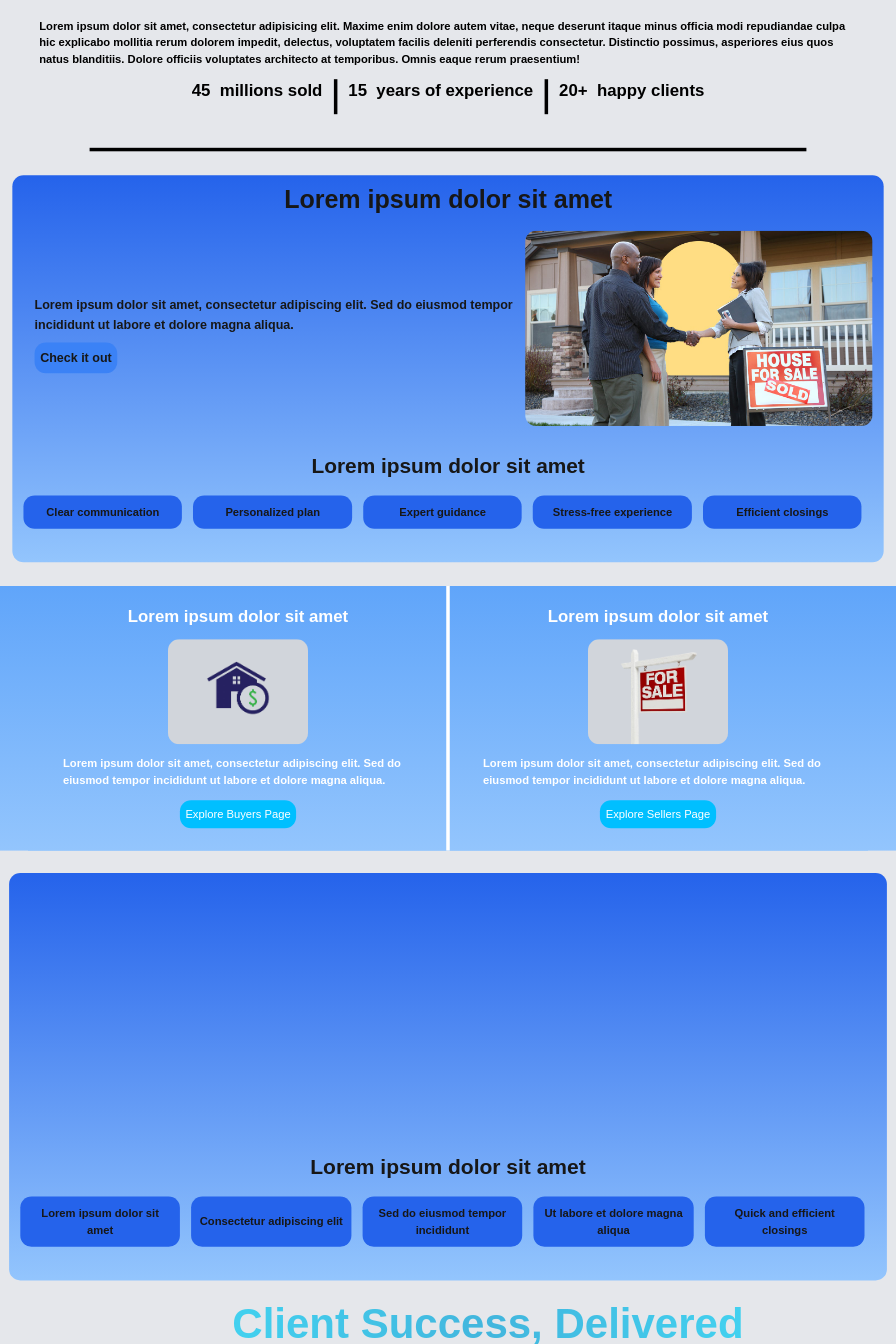
Repository: TMuse333/single-page-real-estate
Page: / (app in frontend/)
The author's editor kept a copy of each file at every save. The page is drawn from the files as they stood at one save, then again after a run of saves.
The browser window is 1280 px wide. The pictures show the part of the page from y = 763 to 2683 px (the page is 5392 px tall before and 6112 px after), at 70% of full size.
The project was rebuilt for these pictures with package versions that can differ from the ones it lists, and the page was loaded fresh each time. The framework's server and built-in components were replaced by stand-ins that run in the browser. Also part of the build but not shown: frontend/next.config.mjs.

Above is the page before, as saved 2024-12-05 15:54:06.

After the next 4 saves:
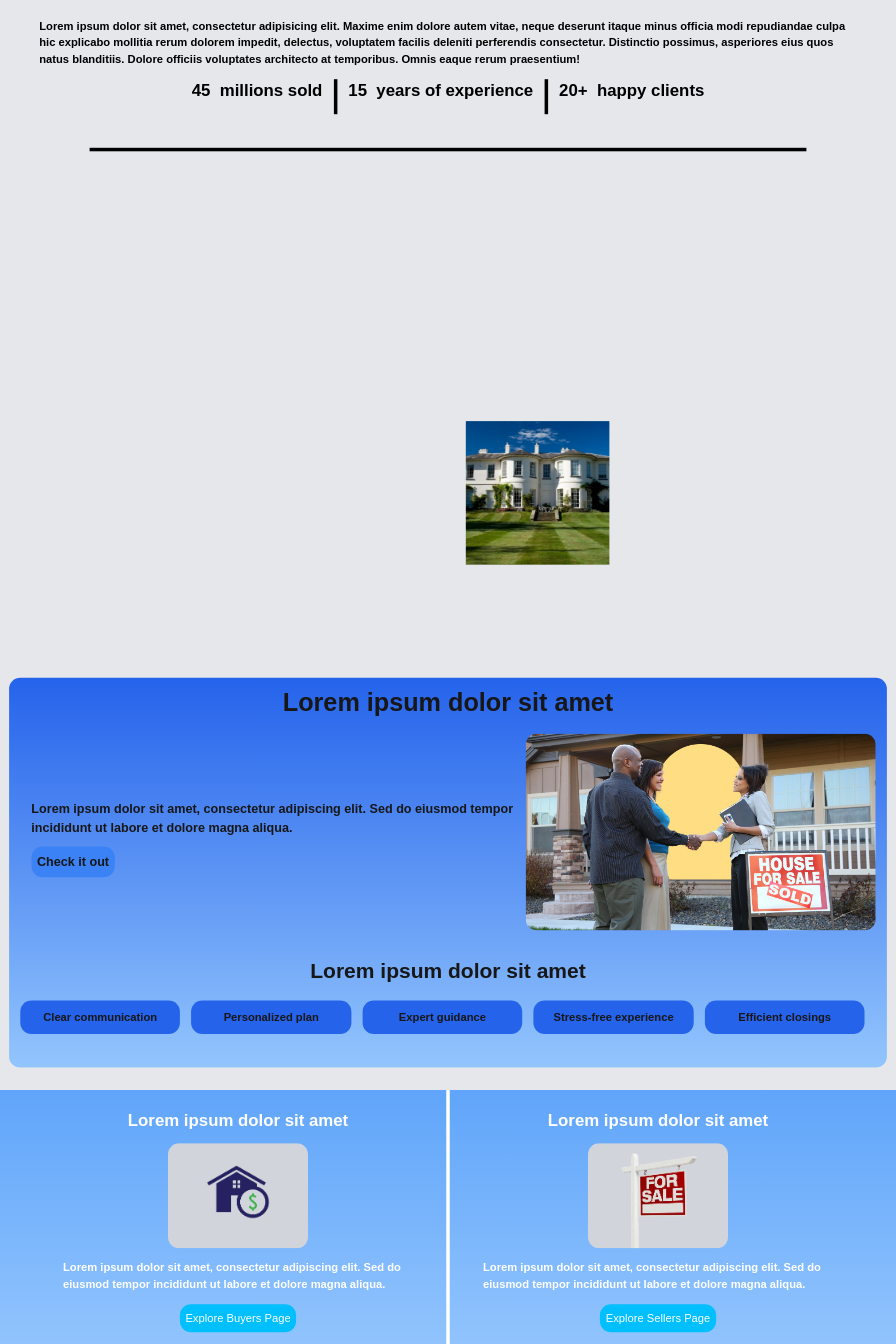
The 4 saves are shown as one change because they came seconds apart.
The last was saved 17 s later.
--- a/frontend/src/app/page.tsx
+++ b/frontend/src/app/page.tsx
@@ -16,6 +16,7 @@ import Footer2 from "../components/footer/footer";
 import ContactCard from "../components/contactCard/contactCard";
 import Herobanner from "@/components/herobanner/herobanner";
 import home from '../../public/home.webp'
+import ScaleImage from "@/components/scaleImage/scaleImage";
 export default function Home() {
   return (
     <>
@@ -31,6 +32,11 @@ export default function Home() {
     number1="45"
     number2="15.5"
     number3="20"/>
+
+    <ScaleImage
+    src={home.src}
+    alt={'slat'}
+    />
 
 {/* <ExperienceCard
     {...experienceCard2}
